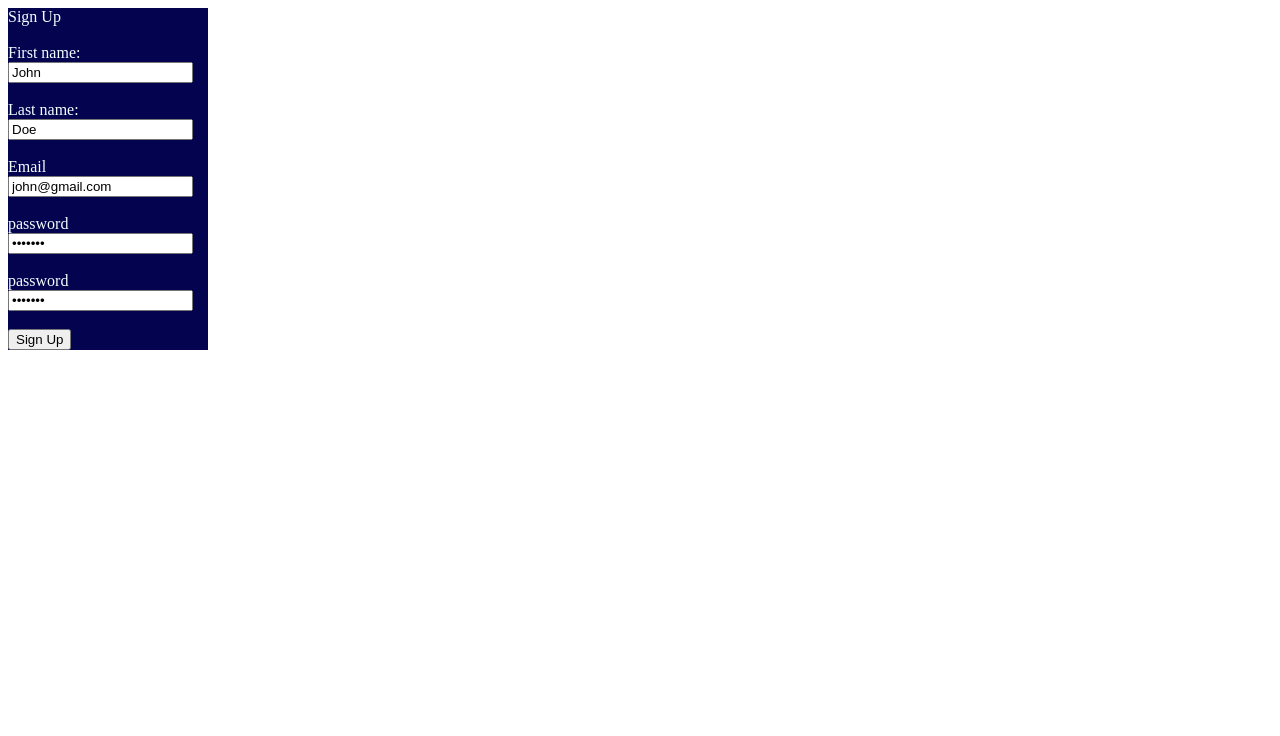
Repository: reemoon-ctrl/hotel-website
Page: mine-form_styling_start.html
These files come from the project's save history. The page is drawn as it stood at one moment and after a run of saves; the edit follows.
The browser window is 1280 px wide. The pictures show the whole page.

Above is the page before, as saved 2024-07-20 14:06:58.

### mine-form_styling_start.html
<!DOCTYPE html>
<html lang="en">
<head>
    <meta charset="UTF-8">
    <meta name="viewport" content="width=device-width, initial-scale=1.0">
    <title>Document</title>
<style>
    .form{
        color:azure;
        margin: auto;
    }
    .container{

        background: rgb(3, 3, 79);
        width: 200px;
    }
    body{
        min-height: 100vh;
    }
</style>
</head>

<body>

        <form class="form" action="/action_page.php">
            <div class="container">
                <caption>Sign Up</caption><br><br>
                <label for="fname">First name:</label><br>
                <input type="text" id="fname" name="fname" value="John"><br><br>
                <label for="lname">Last name:</label><br>
                <input type="text" id="lname" name="lname" value="Doe"><br><br>
                <label for="Email ">Email</label><br>
                <input type="text" id="email" name="Email" value="john@gmail.com"><br><br>
                <label for="password">password</label><br>
                <input type="password" id="password" name="password" value="fffffff"><br><br>
                <label for="password">password</label><br>
                <input type="password" id="confirm password" name="confirm password" value="fffffff"><br><br>
                <input type="submit" value="Sign Up">
            </div>
      </form>
    </div>
</body>
</html>

After the next 2 saves:
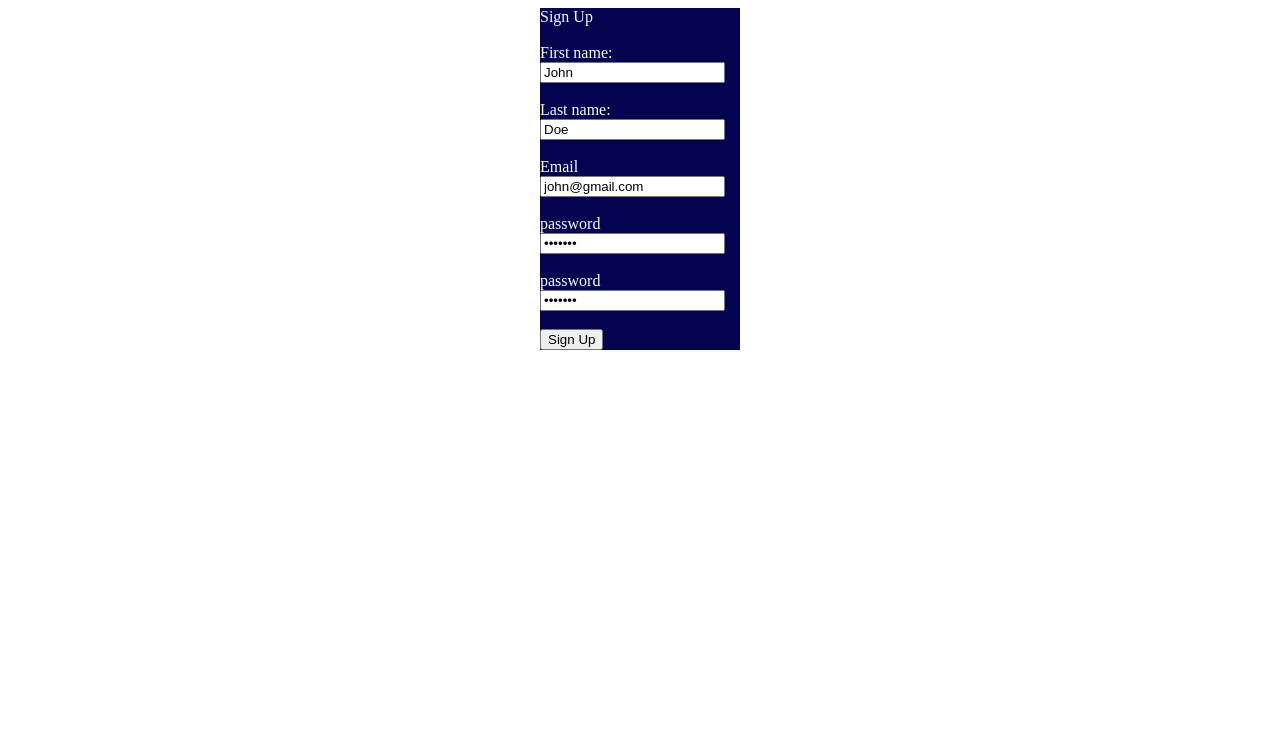
The 2 saves are shown as one change because they came seconds apart.
The last was saved 49 s later.
--- a/mine-form_styling_start.html
+++ b/mine-form_styling_start.html
@@ -7,10 +7,10 @@
 <style>
     .form{
         color:azure;
-        margin: auto;
+
     }
     .container{
-
+        margin: auto;
         background: rgb(3, 3, 79);
         width: 200px;
     }
